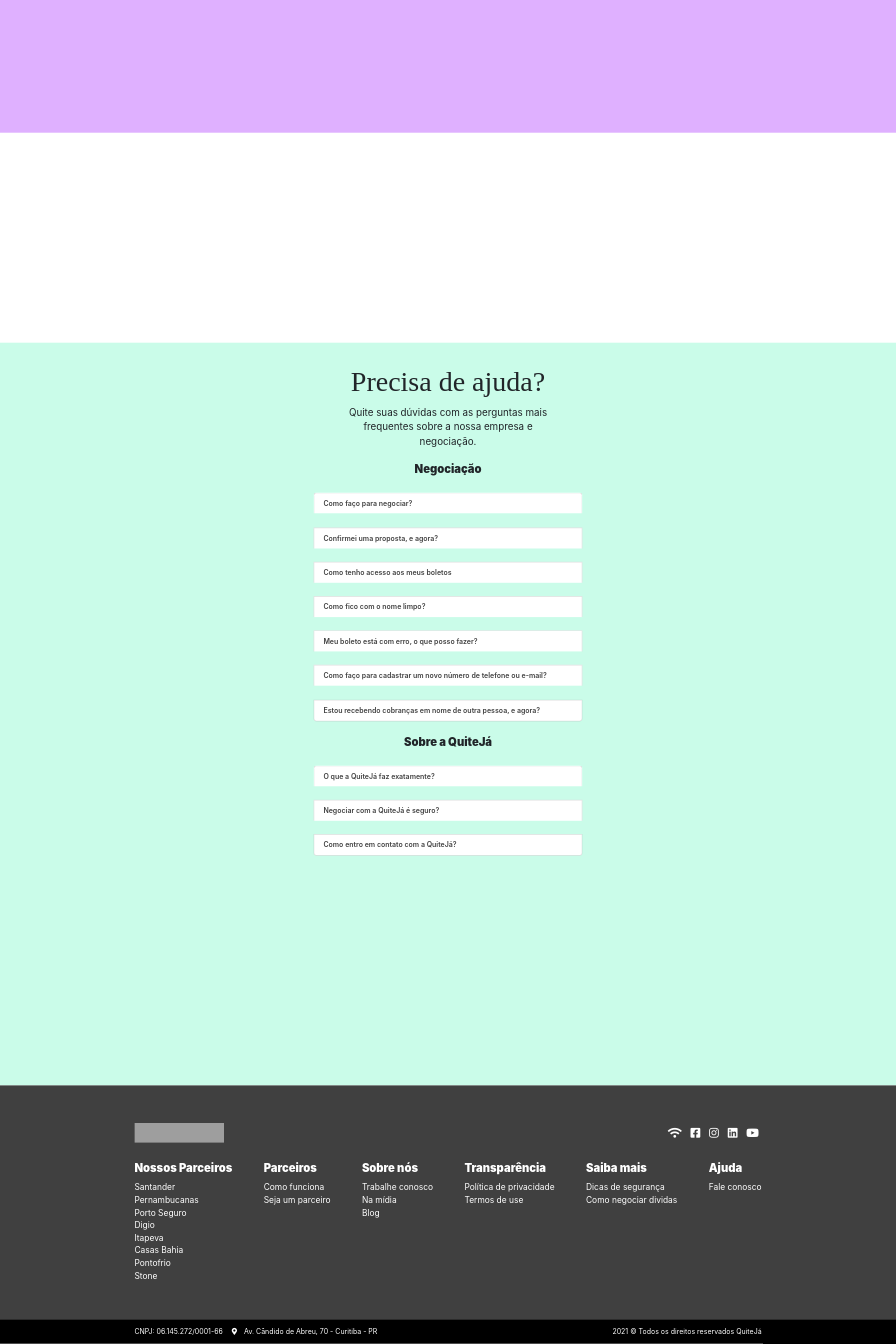
Repository: dasilvaoscar/estudos
Page: Layouts/index.html
An editor plug-in stored every save of this project. The page is shown before and after the next save, followed by the edit.
The browser window is 1280 px wide. The pictures show the part of the page from y = 3191 to 5111 px (the page is 5111 px tall), at 70% of full size.
Pictures or frames that could not be fetched are drawn as grey boxes. Some web fonts or font styles are not loaded; a fallback is used.

Above is the page before, as saved 2021-01-29 12:59:08.

After the next save:
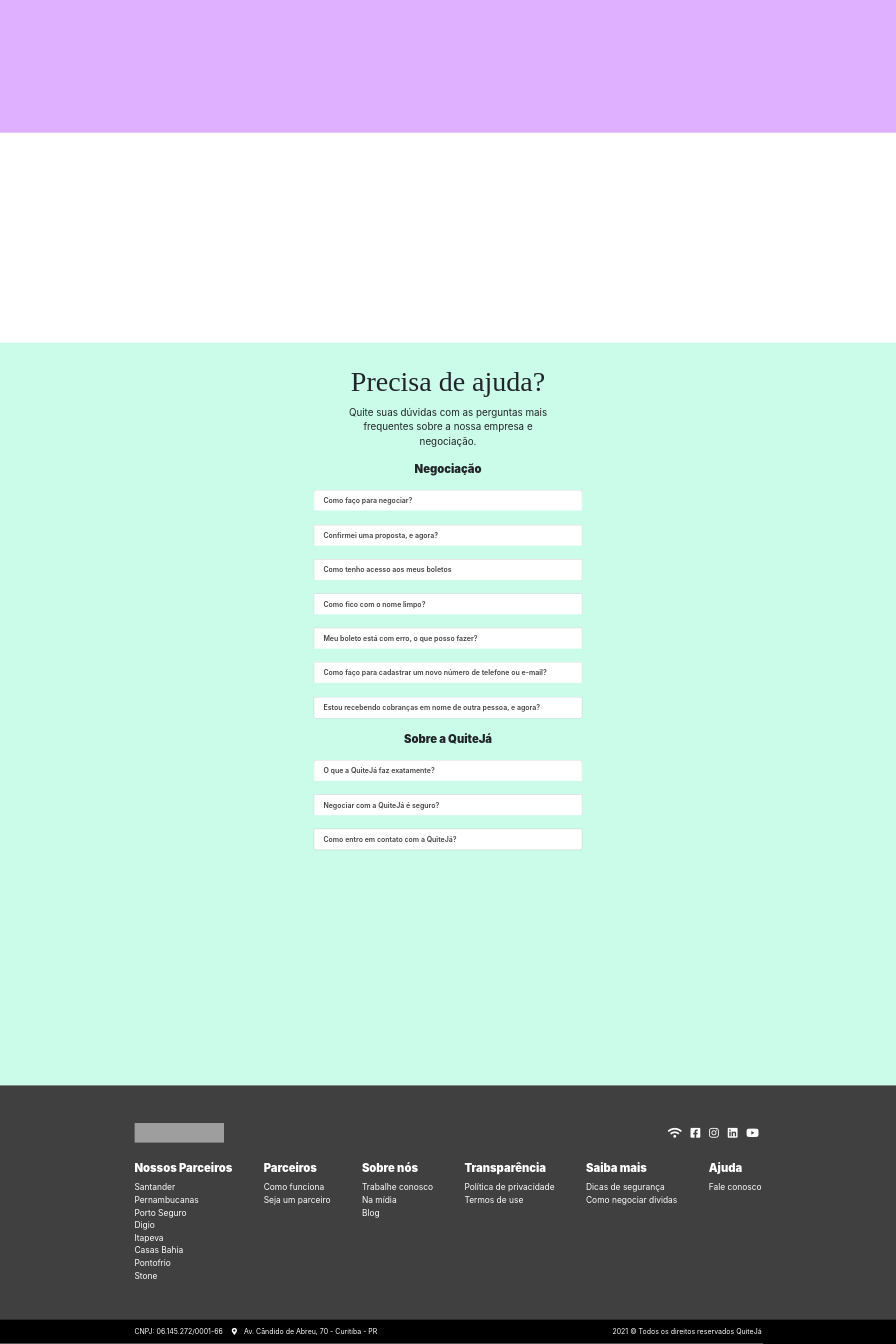
Saved 22 s later.
--- a/Layouts/assets/css/style.css
+++ b/Layouts/assets/css/style.css
@@ -245,7 +245,7 @@ ul.nav-bar-links li:last-child {
 
 .help h6 {
   font-weight: 900;
-  margin: 20px auto 5px auto;
+  margin: 20px auto 1px auto;
 }
 
 .accordion {
